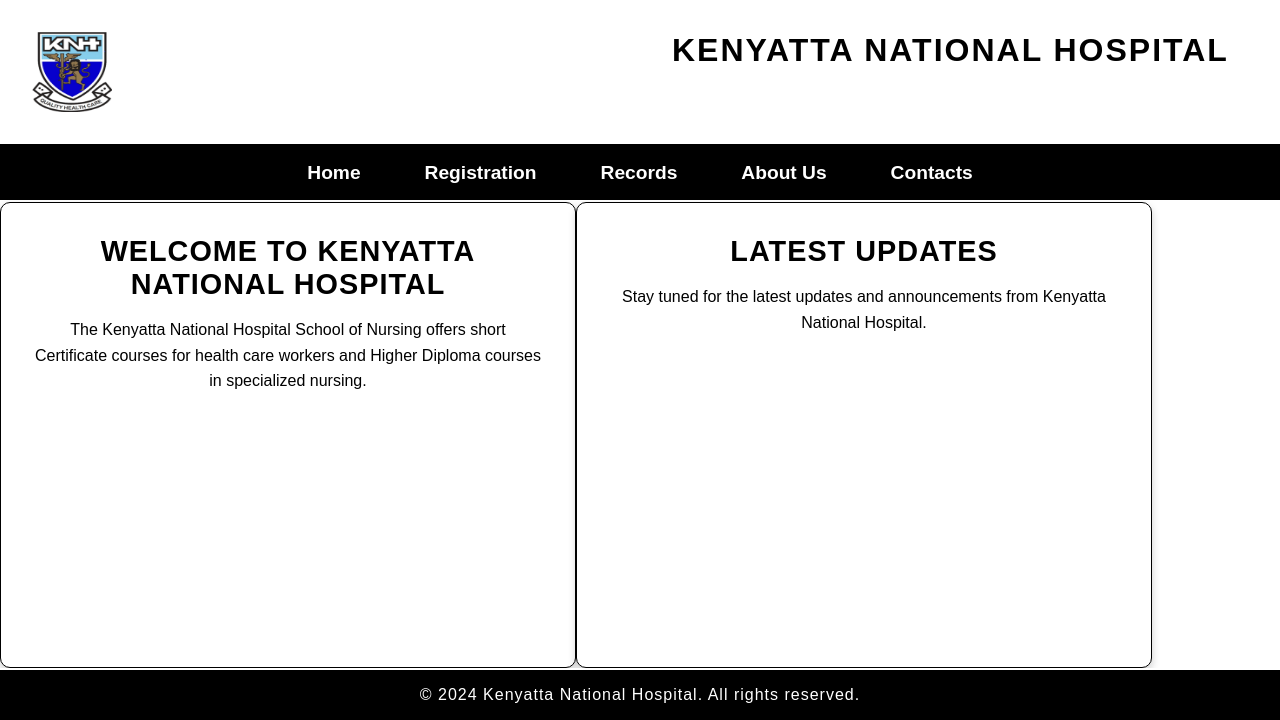
Repository: EphrahimLaanyu123/wsp
Page: index.html
The author's editor kept a copy of each file at every save. The page is drawn from the files as they stood at one save, then again after the next save.
The browser window is 1280 px wide. The pictures show the whole page.

Above is the page before, as saved 2025-03-14 09:01:18.

### index.html
<!DOCTYPE html>
<html lang="en">
<head>
    <meta charset="UTF-8">
    <meta name="viewport" content="width=device-width, initial-scale=1.0">
    <title>Kenyatta National Hospital</title>
    <link rel="stylesheet" href="styles.css">
</head>
<body>

    <header class="header">
        <div class="header-content">
            <img src="/transparent_logo.png" alt="Kenyatta National Hospital Logo" class="logo">
            <h1 class="header-title">Kenyatta National Hospital</h1>
        </div>
    </header>

    <nav class="nav">
        <ul>
            <li><a href="index.html">Home</a></li>
            <li><a href="Registration.html">Registration</a></li>
            <li><a href="table.html">Records</a></li>
            <li><a href="about.html">About Us</a></li>
            <li><a href="contacts.html">Contacts</a></li>
        </ul>
    </nav>

    <main class="sectionaside">
        <section class="section">
            <h2>Welcome to Kenyatta National Hospital</h2>
            <p>The Kenyatta National Hospital School of Nursing offers short Certificate courses for health care workers and Higher Diploma courses in specialized nursing.</p>
        </section>

        <aside class="aside">
            <h2>Latest Updates</h2>
            <p>Stay tuned for the latest updates and announcements from Kenyatta National Hospital.</p>
        </aside>
    </main>

    <footer class="footer">
        <p>&copy; 2024 Kenyatta National Hospital. All rights reserved.</p>
    </footer>

    <script src="script.js"></script>

</body>
</html>

### styles.css
* {
    margin: 0;
    padding: 0;
    box-sizing: border-box;
    font-family: 'Arial', sans-serif;
}

body {
    background-color: white;
    color: black;
    min-height: 100vh;
    display: flex;
    flex-direction: column;
}

.header {
    background-color: white;
    padding: 2rem;
    border-bottom: 2px solid black;
}

.header-content {
    display: flex;
    gap: 35rem;
}

.logo {
    width: 80px;
    height: 80px;
    }

.header-title {
    font-size: 2rem;
    font-weight: bold;
    color: black;
    text-transform: uppercase;
    letter-spacing: 2px;
}

.nav {
    background-color: black;
    padding: 1rem;
    text-align: center;
    border-bottom: 2px solid white;
}

.nav ul {
    list-style: none;
    display: flex;
    justify-content: center;
    gap: 2rem;
}

.nav ul li {
    display: inline;
}

.nav ul li a {
    text-decoration: none;
    color: white;
    font-size: 1.2rem;
    font-weight: bold;
    padding: 0.5rem 1rem;
    transition: all 0.3s ease-in-out;
    border-radius: 5px;
}

.nav ul li a:hover {
    background-color: white;
    color: black;
    box-shadow: 0 0 10px rgba(255, 255, 255, 0.5);
}
.sectionaside {
    width: 100%;
    flex: 1;
    display: flex;
}

.section, .aside {
    flex: 1;
    max-width: 45%;
    min-width: 300px;
    padding: 2rem;
    border-radius: 10px;
    background-color: white;
    text-align: center;
    box-shadow: 0 4px 8px rgba(0, 0, 0, 0.2);
    border: 1px solid black;
}

.section h2, .aside h2 {
    font-size: 1.8rem;
    margin-bottom: 1rem;
    color: black;
    text-transform: uppercase;
    letter-spacing: 1px;
}

.section p, .aside p {
    font-size: 1rem;
    line-height: 1.6;
    color: black;
}

.footer {
    background-color: black;
    color: white;
    text-align: center;
    padding: 1rem;
    border-top: 2px solid white;
}

.footer p {
    margin: 0;
    font-size: 1rem;
    letter-spacing: 1px;
}

Loaded but not shown: script.js (no stored copy; drawn as an empty file)

After the next save:
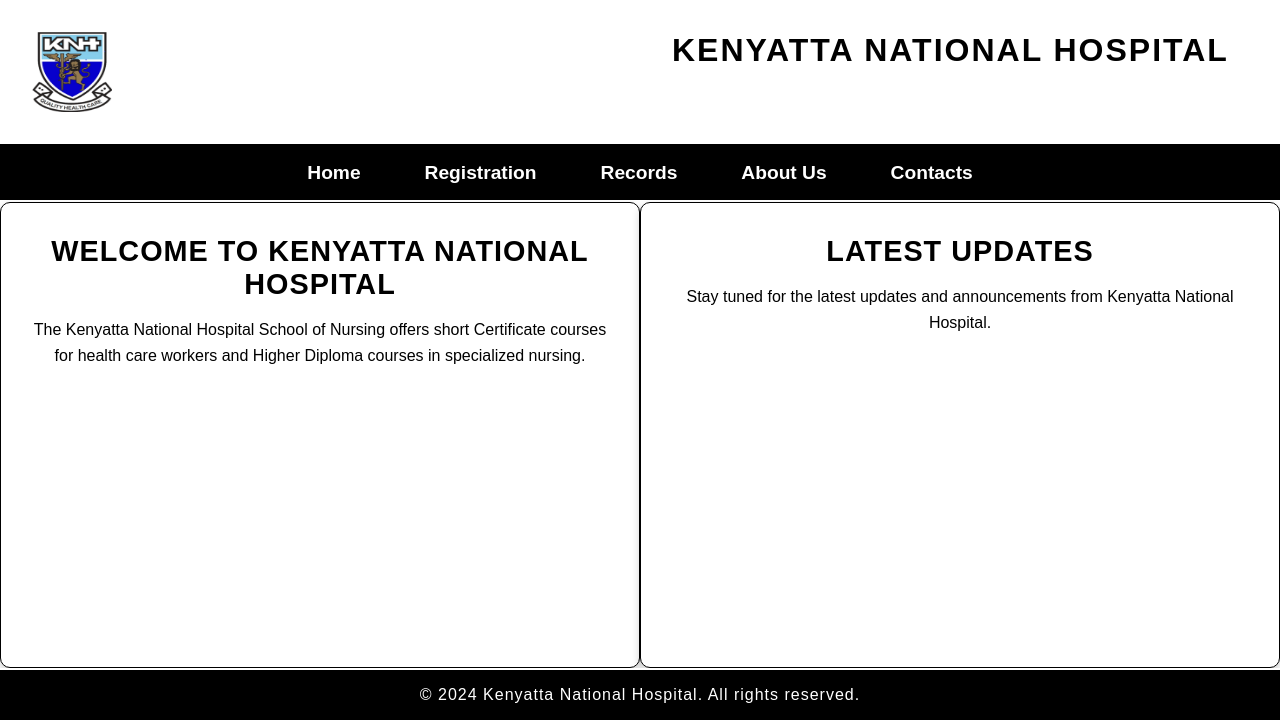
Saved 10 s later.
--- a/styles.css
+++ b/styles.css
@@ -78,7 +78,7 @@
 
 .section, .aside {
     flex: 1;
-    max-width: 45%;
+    max-width: 50%;
     min-width: 300px;
     padding: 2rem;
     border-radius: 10px;
